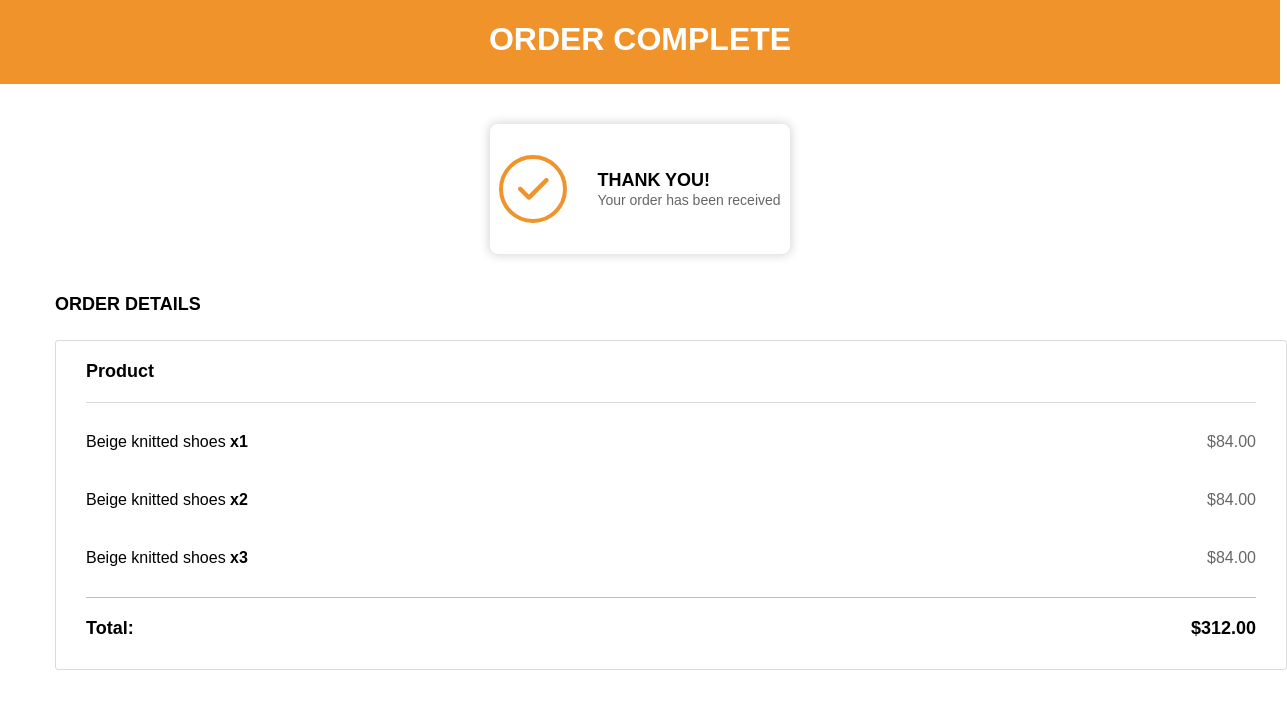
Repository: NguyenDucHung20002/project-homev1
Page: checkout/checkout.html
The author's editor kept a copy of each file at every save. The page is drawn from the files as they stood at one save, then again after the next save.
The browser window is 1280 px wide. The page is 1287 px wide, so the pictures cover 1287 px, including what lies to the right of the window. The pictures show the whole page.
The style sheet was rebuilt from its Sass, Less or Tailwind sources for each picture, by a compiler version that may differ from the author's.

Above is the page before, as saved 2022-09-20 10:29:38.

After the next save:
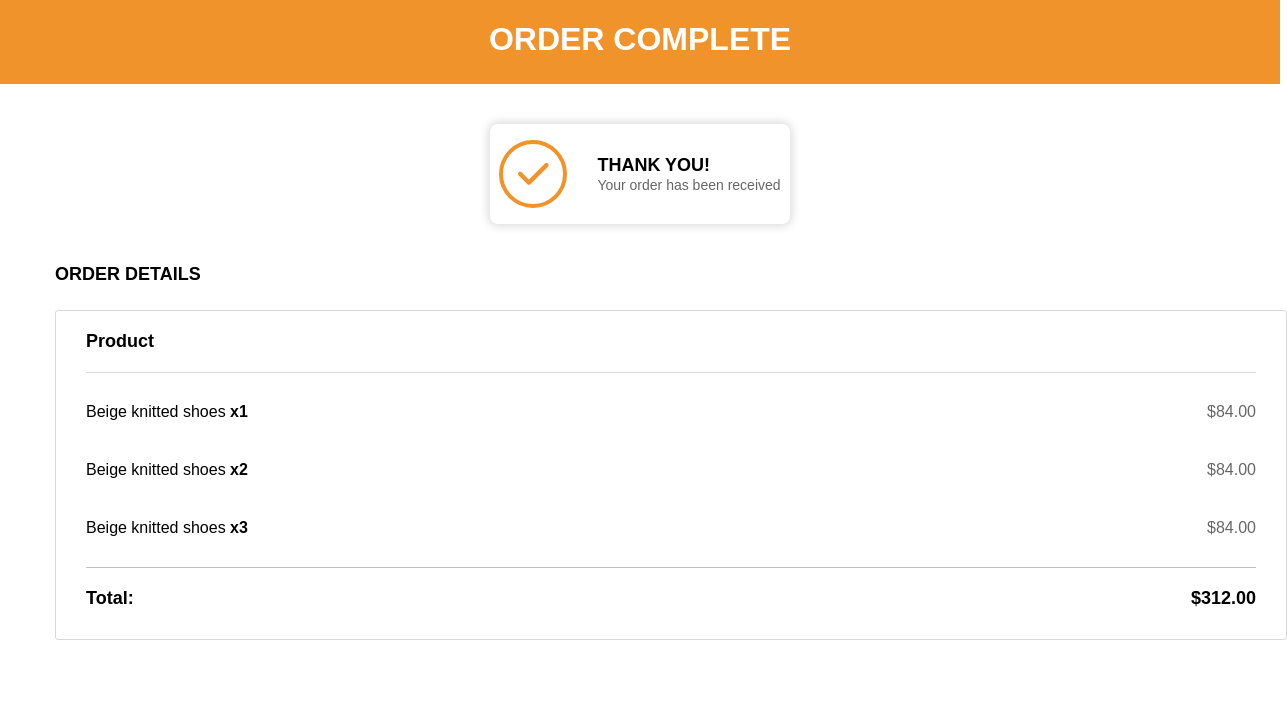
Saved 8 s later.
--- a/checkout/checkout.scss
+++ b/checkout/checkout.scss
@@ -31,7 +31,7 @@ header {
       align-items: center;
       justify-content: center;
       width: 300px;
-      height: 130px;
+      height: 100px;
       margin: 0 auto;
       border-radius: 8px;
       box-shadow: 0px 0px 10px 2px rgba(0, 0, 0, 0.15);
